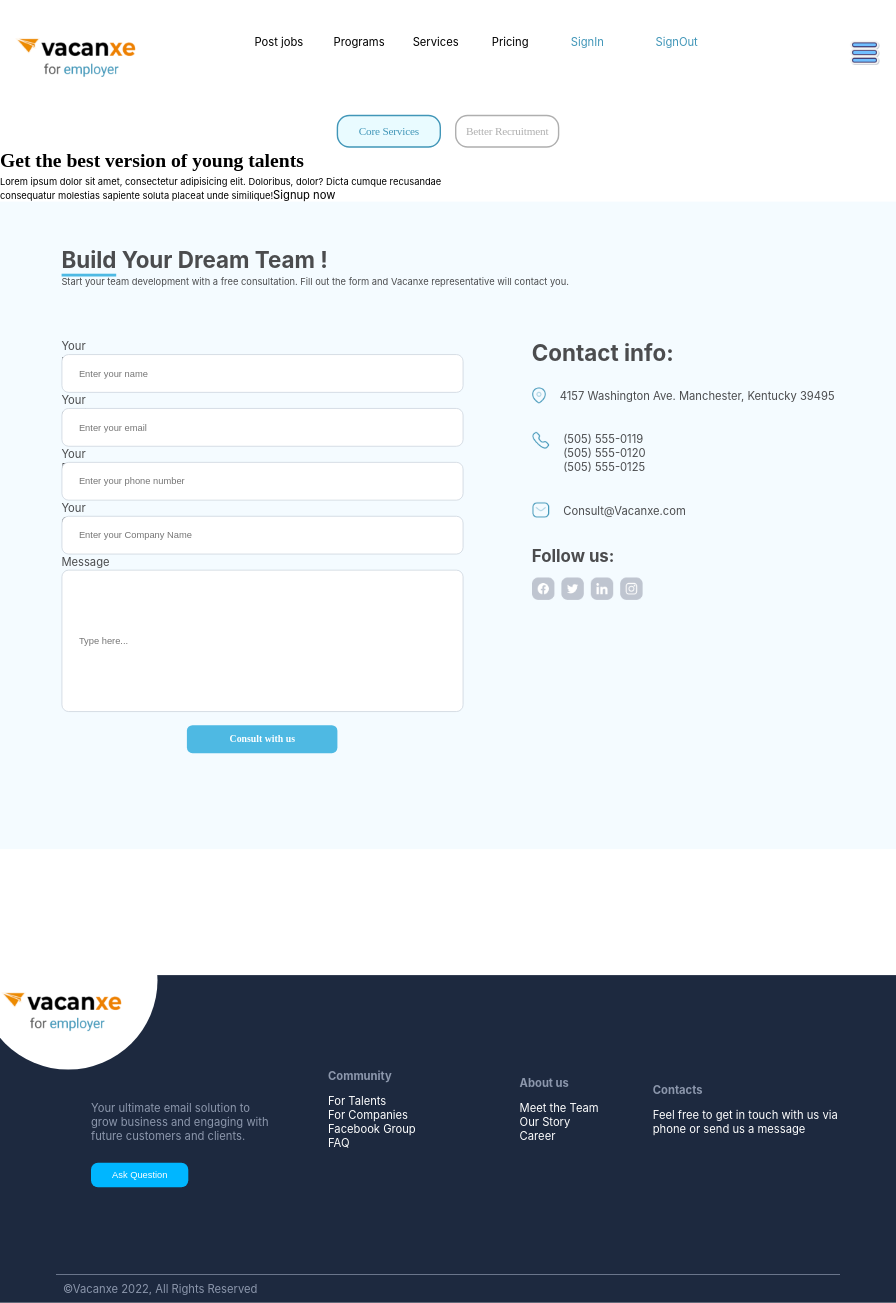
Repository: uh-sman/Vacanxe
Page: /
The author's editor kept a copy of each file at every save. The page is drawn from the files as they stood at one save, then again after the next save.
The browser window is 1280 px wide. The pictures show the whole page, at 70% of full size.
The project was rebuilt for these pictures with package versions that can differ from the ones it lists, and the page was loaded fresh each time.

Above is the page before, as saved 2022-12-03 16:28:56.

After the next save:
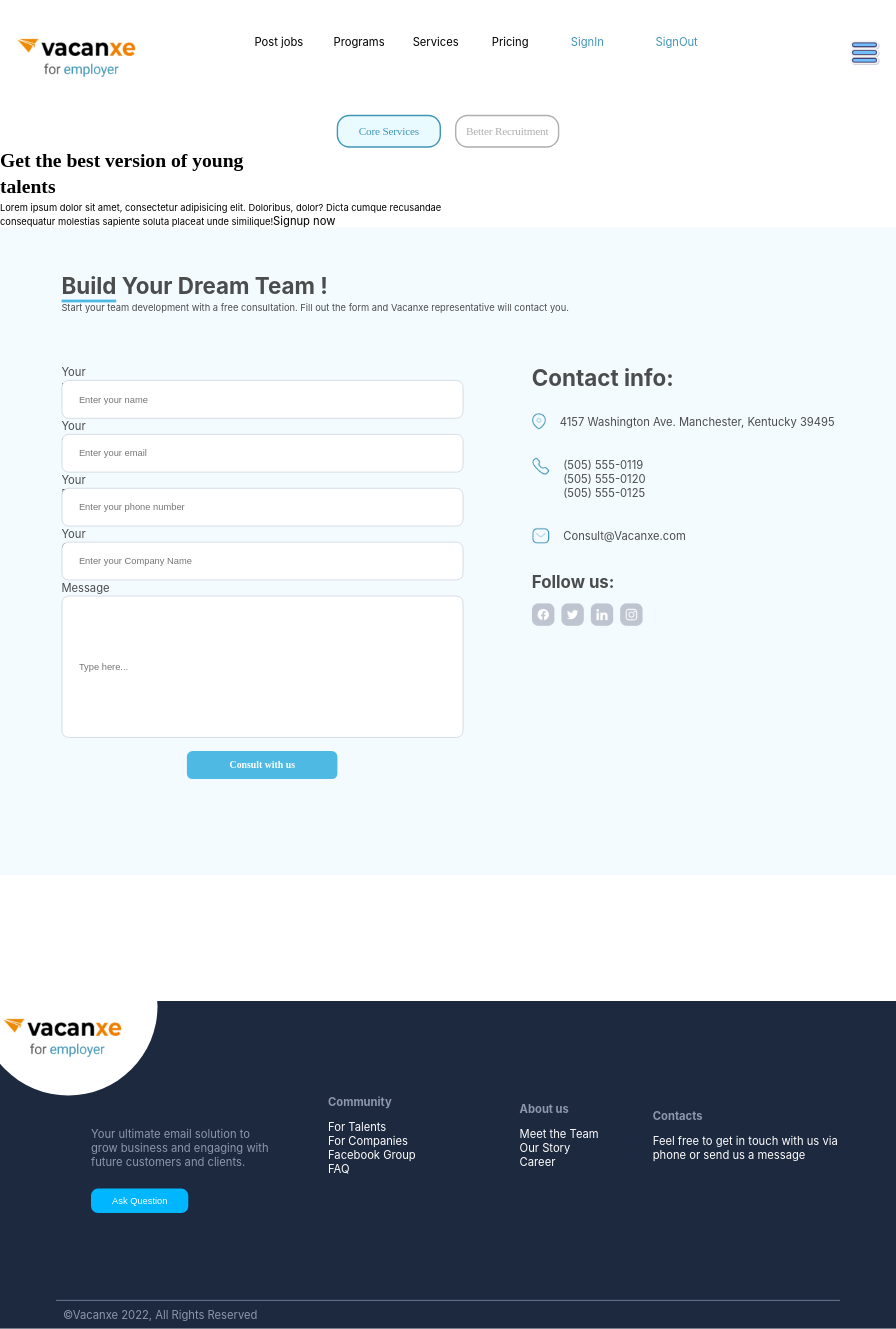
Saved 78 s later.
--- a/src/components/version.css
+++ b/src/components/version.css
@@ -6,10 +6,18 @@
   grid-template-columns: 1fr 1fr;
 }
 .h2 {
-  font-family: Poppins;
+  /* font-family: Poppins;
   font-size: 28px;
   font-weight: 700;
   line-height: 37px;
   letter-spacing: 0em;
-  text-align: left;
+  text-align: left; */
+  width: 379px;
+  height: 74px;
+
+  font-family: "Poppins";
+  font-style: normal;
+  font-weight: 700;
+  font-size: 28px;
+  line-height: 37px;
 }

After the save that followed:
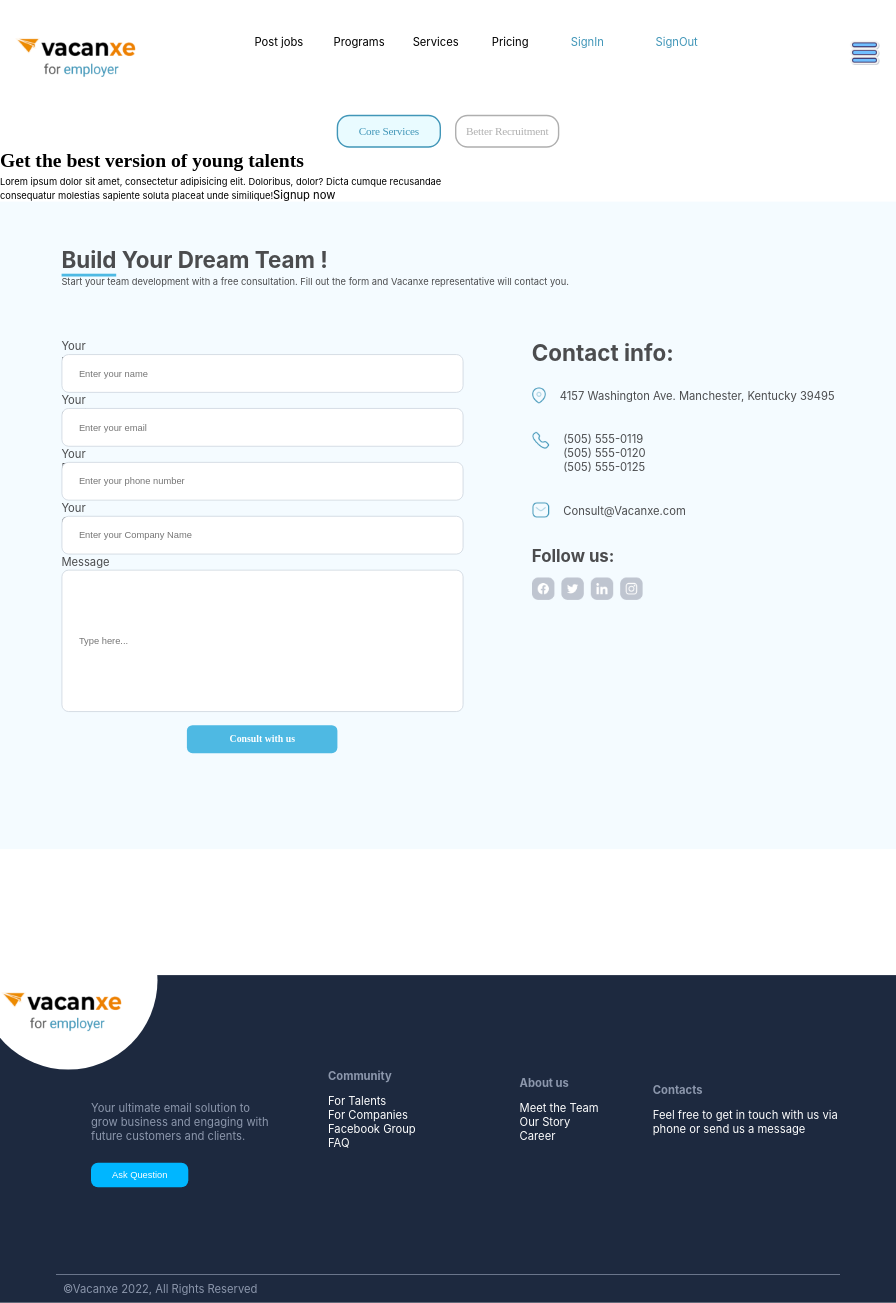
Saved 25 s later.
--- a/src/components/version.css
+++ b/src/components/version.css
@@ -6,18 +6,18 @@
   grid-template-columns: 1fr 1fr;
 }
 .h2 {
-  /* font-family: Poppins;
+  font-family: Poppins;
   font-size: 28px;
   font-weight: 700;
   line-height: 37px;
   letter-spacing: 0em;
-  text-align: left; */
-  width: 379px;
-  height: 74px;
+  text-align: left;
+  /* width: 379px;
+  height: 74px; */
 
-  font-family: "Poppins";
+  /* font-family: "Poppins";
   font-style: normal;
   font-weight: 700;
   font-size: 28px;
-  line-height: 37px;
+  line-height: 37px; */
 }
